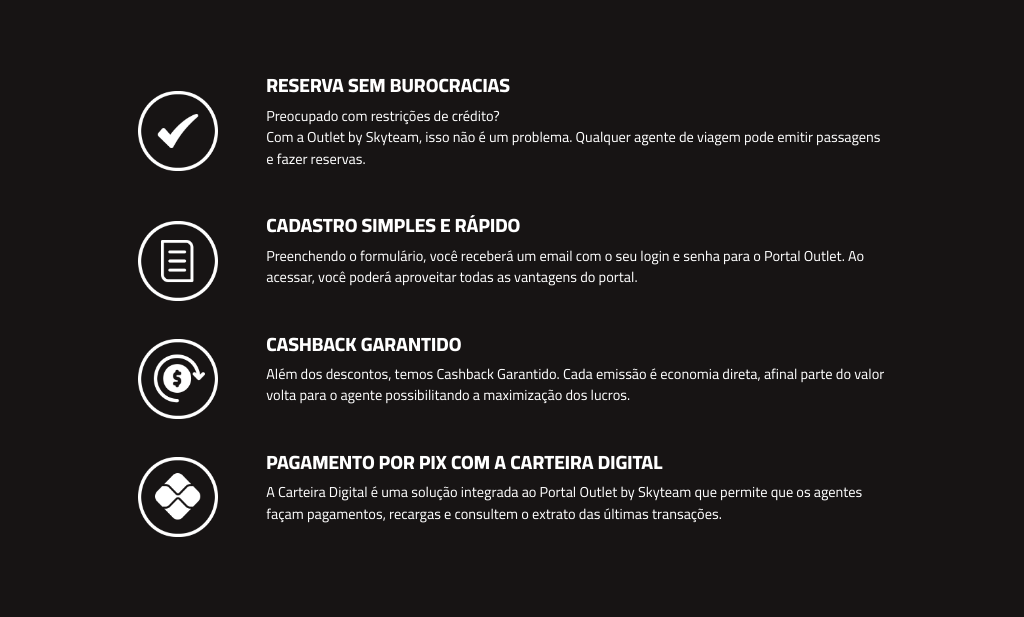
Repository: SkyTeam-Dev/Outlet_Site
Page: Site/index.html
These files come from the project's save history. The page is drawn as it stood at one moment and after the next save; the edit follows.
The browser window is 1024 px wide. The pictures show the part of the page from y = 2498 to 3115 px (the page is 5307 px tall).
A picture or video elsewhere on the page could not be fetched, so the positions and the page height are approximate. Some web libraries are served in a nearby version.

Above is the page before, as saved 2025-03-24 11:28:51.

### Site/index.html
<!DOCTYPE html>
<html lang="pt-br">

<head>
    <title>:: Outlet by Skyteam ::</title>
    <!-- Define uma descrição otimizada para mecanismos de busca (Maximo 160 caracteres mas o recomendado é 50 caracteres) -->
    <meta name="description"
        content="CADASTRO SIMPLES, DESCONTOS E CASHBACK A viagem do seu cliente com as melhores condições Conectamos o agente a descontos imbatíveis Ofereça seus serviços a preços mais atrativos com a Outlet By Skyteam, uma plataforma para reservas de aéreo, hotelaria, seguro-viagem e locação nacional com descontos e cashback, projetada para qualquer agente de viagem" />
    <!-- Define palavras-chave (não tem mais impacto no Google, mas pode ajudar em outros mecanismos) -->
    <meta name="keywords" content="palavra-chave1, palavra-chave2, palavra-chave3">
    <meta charset="utf-8">
    <meta http-equiv="X-UA-Compatible" content="IE=edge">
    <link rel="canonical" href="https://outlet.tur.br/" />
    <link rel='shortlink' href='https://outlet.tur.br/' />

    <!-- Define a indexação pelos mecanismos de busca -->
    <meta name="robots" content="index, follow"> <!-- Para indexar e seguir links -->
    <meta name="googlebot" content="index, follow"> <!-- Específico para o Google -->
    <meta name="bingbot" content="index, follow"> <!-- Específico para o Bing -->

    <!-- GOOGLE JSON-LD para SEO -->
    <script type="application/ld+json">
        {
          "@context": "https://schema.org",
          "@type": "WebSite",
          "name": "Outlet by Skyteam",
          "url": "https://outlet.tur.br",
          "description": "CADASTRO SIMPLES, DESCONTOS E CASHBACK A viagem do seu cliente com as melhores condições Conectamos o agente a descontos imbatíveis Ofereça seus serviços a preços mais atrativos com a Outlet By Skyteam, uma plataforma para reservas de aéreo, hotelaria, seguro-viagem e locação nacional com descontos e cashback, projetada para qualquer agente de viagem.",
          "image": "https://outlet.tur.br/Templates/Default/Imagens/OG_Outlet_Base.jpg",
          "author": {
            "@type": "Person",
            "name": "Outlet"
          },
          "publisher": {
            "@type": "Organization",
            "name": "Outlet by Skyteam",
            "logo": {
              "@type": "ImageObject",
              "url": "https://outlet.tur.br/Templates/Default/Imagens/OG_Outlet_Base.jpg"
            }
          }
        }
        </script>
    <!-- GOOGLE JSON-LD para SEO -->

    <!-- Define o autor do conteúdo -->
    <meta name="author" content="Outlet by Skyteam">

    <!-- Controla como o Google exibe o snippet do site -->
    <meta name="google" content="nosnippet"> <!-- Impede snippets na SERP -->
    <meta name="google" content="max-snippet:-1, max-image-preview:large, max-video-preview:-1">
    <!-- Personaliza como o conteúdo é mostrado -->

    <!-- Diz ao Google para não traduzir a página automaticamente -->
    <meta name="google" content="notranslate">

    <!-- Define a geolocalização para buscas locais -->
    <meta name="DC.title" content="Outlet By SkyTeam" />
    <meta name="geo.region" content="BR-RS" />
    <meta name="geo.placename" content="Porto Alegre" />
    <meta name="geo.position" content="-30.030205;-51.229975" />
    <meta name="ICBM" content="-30.030205, -51.229975" />
    <!-- Criador do conteúdo -->
    <meta name="DC.creator" content="Outlet By SkyTeam">
    <!-- Assunto ou tema do conteúdo -->
    <meta name="DC.subject" content="CADASTRO SIMPLES, DESCONTOS E CASHBACK para qualquer agente de viagem"">
<!-- Descrição do conteúdo -->
<meta name=" DC.description"
        content="CADASTRO SIMPLES, DESCONTOS E CASHBACK A viagem do seu cliente com as melhores condições Conectamos o agente a descontos imbatíveis Ofereça seus serviços a preços mais atrativos com a Outlet By Skyteam, uma plataforma para reservas de aéreo, hotelaria, seguro-viagem e locação nacional com descontos e cashback, projetada para qualquer agente de viagem">

    <!-- Editora ou organização responsável -->
    <meta name="publisher" content="Outlet By SkyTeam">
    <!-- Identificador único (ex: URL, DOI) -->
    <meta name="identifier" content="https://outlet.tur.br">
    <!-- Idioma do conteúdo -->
    <meta name="language" content="pt-BR">

    <!-- Direitos autorais e licenciamento -->
    <meta name="rights" content="© 2025 Outlet By SkyTeam. Todos os direitos reservados.">


    <!-- Definição do protocolo Open Graph BASE -->
    <meta property="og:type" content="website">
    <!-- URL canônica da página -->
    <meta property="og:url" content="https://outlet.tur.br/">
    <!-- Título que aparecerá no compartilhamento -->
    <meta property="og:title" content="Outlet by Skyteam">
    <!-- Descrição curta e chamativa -->
    <meta property="og:description"
        content="CADASTRO SIMPLES, DESCONTOS E CASHBACK A viagem do seu cliente com as melhores condições Conectamos o agente a descontos imbatíveis Ofereça seus serviços a preços mais atrativos com a Outlet By Skyteam, uma plataforma para reservas de aéreo, hotelaria, seguro-viagem e locação nacional com descontos e cashback, projetada para qualquer agente de viagem">
    <!-- Imagem para exibição no compartilhamento -->
    <meta property="og:image" content="https://outlet.tur.br/Templates/Default/Imagens/OG_Outlet_Base.jpg">
    <!-- 1200x630 pixels é o tamanho recomendado pelo Facebook e outras redes sociais -->
    <meta property="og:image:alt" content="Logo da Outlet descrição">
    <!-- Especificações adicionais para a imagem -->
    <meta property="og:image:width" content="1200">
    <meta property="og:image:height" content="630">
    <!-- Nome do site (opcional, mas recomendado) -->
    <meta property="og:site_name" content="Outlet by Skyteam">
    <!-- Idioma da página -->
    <meta property="og:locale" content="pt_BR">
    <!-- Definição do protocolo Open Graph BASE -->

    <!-- Twitter Card -->
    <meta name="twitter:card" content="summary_large_image">
    <meta name="twitter:title" content="Outlet by Skyteam">
    <meta name="twitter:description"
        content="CADASTRO SIMPLES, DESCONTOS E CASHBACK A viagem do seu cliente com as melhores condições Conectamos o agente a descontos imbatíveis Ofereça seus serviços a preços mais atrativos com a Outlet By Skyteam, uma plataforma para reservas de aéreo, hotelaria, seguro-viagem e locação nacional com descontos e cashback, projetada para qualquer agente de viagem">
    <meta name="twitter:image" content="https://outlet.tur.br/Templates/Default/Imagens/OG_Outlet_Base.jpg">
    <!-- Twitter Card -->



    <meta name="viewport" content="width=device-width, initial-scale=1, shrink-to-fit=no">

    <link rel='preconnect' href='//fonts.googleapis.com' />
    <link rel="preconnect" href="//fonts.gstatic.com" crossorigin>
    <link rel='preconnect' href='//jsdelivr.net' />
    <link rel='preconnect' href='//cdn.jsdelivr.net' />
    <link rel='preconnect' href='//code.jquery.com' />



    <!-- CSS -->
    <link rel="stylesheet" href="https://cdn.jsdelivr.net/npm/@fortawesome/fontawesome-free@6.7.2/css/fontawesome.min.css">
    <link rel="stylesheet" href="https://cdn.jsdelivr.net/npm/bootstrap@4.6.0/dist/css/bootstrap.css">
    <link rel="stylesheet" href="Templates/Default/CSS/bootstrap.css">
    <link rel="stylesheet" href="Templates/Default/CSS/Site.css">
    <!-- CSS -->

    <!-- Favicon -->


    <!-- Favicon e Theme Color-->
    <link rel="icon" type="image/png" href="Templates/Default/Imagens/Favicons/favicon-96x96.png" sizes="96x96" />
    <link rel="icon" type="image/svg+xml" href="Templates/Default/Imagens/Favicons/favicon.svg" />
    <link rel="shortcut icon" href="Templates/Default/Imagens/Favicons/favicon.ico" />
    <link rel="icon" href="Templates/Default/Imagens/Favicons/favicon.ico" type="image/x-icon">
    <link rel="apple-touch-icon" sizes="180x180" href="Templates/Default/Imagens/Favicons/apple-touch-icon.png" />
    <link rel="manifest" href="Templates/Default/Imagens/Favicons/site.webmanifest" />
    <link rel="apple-touch-icon" href="Templates/Default/Imagens/Favicons/favicon-96x96.png">
    <meta name="msapplication-TileImage" content="Templates/Default/Imagens/Favicons/favicon-96x96.png">
    <meta name="theme-color" content="#aa0000">
    <meta name="apple-mobile-web-app-capable" content="yes">
    <meta name="apple-mobile-web-app-status-bar-style" content="black-translucent">
    <meta name="msapplication-TileColor" content="#aa0000">
    <!-- Favicon -->


    <!-- Rastreamento e Comunicação -->

    <!-- Rastreamento e Comunicação -->
</head>

<body>

    <div class="container-fluid p-0" id="Site">

        <div class="row bg-dark">

            <section class="hero" id="Cabecalho-Superior">
                <div class="container-fluid justify-content-center">
                    <!-- =========================== CABEÇALHO (NAVBAR) ============================ -->

                    <header class="p-0">
                        <nav class="col-lg-12 navbar navbar-expand-lg navbar-dark mt-5">
                            <div class="container">
                                <!-- Logo / Marca -->
                                <a class="navbar-brand" href="#">
                                    <!-- Pode inserir um logo ou texto -->
                                    <img src="Templates/Default/Imagens/LOGO1.png" class='img-fluid ml-3' alt="Logo"
                                        style="height: 60px;">
                                    <!-- Ou usar apenas texto:
                          <span>Outlet</span>
                          -->
                                </a>

                                <!-- Botão para exibir/ocultar menu no mobile -->
                                <button class="navbar-toggler bg-primary text-white" type="button" data-toggle="collapse"
                                    data-target="#navbarNav" aria-controls="navbarNav" aria-expanded="false"
                                    aria-label="Toggle navigation">
                                    <span class="navbar-toggler-icon"></span>
                                </button>

                                <!-- Itens de navegação -->
                                <div class="collapse navbar-collapse" id="navbarNav">
                                    <ul class="navbar-nav ml-auto">
                                        <!-- Ajuste as rotas conforme necessidade -->
                                        <li class="nav-item btn font-weight-bold">
                                            <a class="nav-link text-white" href="#">Home</a>
                                        </li>
                                        <li class="nav-item btn font-weight-bold">
                                            <a class="nav-link text-white" href="#">Cadastro</a>
                                        </li>
                                        <li class="nav-item btn font-weight-bold">
                                            <a class="nav-link text-white" href="#">Dúvidas</a>
                                        </li>
                                        <li class="nav-item btn btn-primary text-white font-weight-bold shadow-lg">
                                            <a class="nav-link text-white" href="#">Portal Outlet</a>
                                        </li>
                                    </ul>
                                </div>
                            </div>
                        </nav>
                    </header>

                    <div class="row justify-content-center">

                        <div class="col-md-10 hero-content ">
                            <!-- Título principal -->
                            <h1 class="font-weight-light text-uppercase">Cadastro simples,</h1>
                            <h1 class="font-weight-bold text-uppercase">descontos intuitivos e Cashback</h1>
                            <!-- Texto de apoio -->
                            <h3>
                                A viagem do seu cliente com as melhores condições
                            </h3>
                            <!-- Botão de ação (CTA) -->
                            <a href="#" class="mt-5 btn btn-lg btn-primary btn-lg shadow-lg">Começar Agora</a>
                        </div>
                        <div class="col-md-2 hero-content ">
                        </div>

                    </div>
                </div>
            </section>


        </div>


        <div class="container-fluid p-0 m-0">

            <div class="row bg-white mb-5 justify-content-center align-items-center">
                <div id="Servicos" class="col-12 p-5">
                    <div class="row justify-content-center">

                        <div class="col-xl-8 col-lg-8 col-md-12 col-sm-12 mt-5">
                            <h1 class="mt-5 font-weight-bold text-center">Conectamos o agente a descontos imbatíveis
                            </h1>
                            <br />
                            <p class="text-center mb-5">
                                Ofereça seus serviços a preços mais atrativos com a Outlet By Skyteam, uma plataforma
                                para
                                reservas de aéreo, hotelaria, seguro-viagem e locação nacional com descontos e cashback,
                                projetada para qualquer agente de viagem, independentemente de restrições de crédito.
                            </p>

                        </div>

                    </div>

                    <div class="row mt-5 justify-content-center">
                        <div class="col-xl-4 col-lg-4 col-md-6 col-sm-12 mb-4">
                            <div class="custom-card">
                                <img src="Templates/Default/Imagens/Aereo_Nacional.jpg" alt="Aéreo Nacional">
                                <span class="card-text">Aéreo Nacional</span>
                            </div>
                        </div>

                        <div class="col-xl-4 col-lg-4 col-md-6 col-sm-12 mb-4">
                            <div class="custom-card">
                                <img src="Templates/Default/Imagens/Hotel_Nacional.jpg" alt="Hotelaria Nacional">
                                <span class="card-text">Hotelaria Nacional</span>
                            </div>
                        </div>
                    </div>
                    <div class="row justify-content-center">
                        <div class="col-xl-4 col-lg-4 col-md-6 col-sm-12 mb-5">
                            <div class="custom-card">
                                <img src="Templates/Default/Imagens/Seguro_Viagem.jpg" alt="Seguro Viagem">
                                <span class="card-text">Seguro Viagem</span>
                            </div>
                        </div>
                        <div class="col-xl-4 col-lg-4 col-md-6 col-sm-12 mb-5">
                            <div class="custom-card">
                                <img src="Templates/Default/Imagens/Locacao_Carros.jpg" alt="Locação de Carros">
                                <span class="card-text">Locação de Carros</span>
                            </div>
                        </div>
                    </div>


                </div>
            </div>

            <div id="Analise_Credito" class="row bg-white">

                <div class="container-fluid p-0">
                    <div class="row">
                        <div class="cadastro-section bg-primary col-md-12">
                            <!-- Coluna Vermelha (Texto) -->
                            <div class="col-md-6 col-sm-12 p-0">
                                <div class="p-5 cadastro-texto">
                                    <h1>CADASTRO SIMPLES,</h1>
                                    <h1 class="font-weight-bold">SEM ANÁLISE DE CRÉDITO</h1>
                                    <p>Suas emissões sem restrições</p>
                                    <a href="#" class="btn btn-lg btn-dark shadow-lg">Quero me cadastrar</a>
                                </div>
                            </div>

                            <!-- Coluna Imagem -->
                            <div class="col-md-6 col-sm-12 p-0 cadastro-imagem">
                                <img src="Templates/Default/Imagens/Cadastro_Simples_P.png" class="img-fluid">
                            </div>
                        </div>
                    </div>
                </div>



            </div>

            <div id="CheckList" class="row bg-gray-site text-white">
                <div class="benefits-container">
                    <div class="benefit-item">
                        <img src="Templates/Default/Imagens/Reservas.png" alt="Ícone de check" class="benefit-icon">
                        <div class="benefit-text">
                            <h3>RESERVA SEM BUROCRACIAS</h3>
                            <p>Preocupado com restrições de crédito?<br>
                                Com a Outlet by Skyteam, isso não é um problema. Qualquer agente de viagem pode emitir
                                passagens e fazer reservas.</p>
                        </div>
                    </div>

                    <div class="benefit-item">
                        <img src="Templates/Default/Imagens/Cadastro.png" alt="Ícone de formulário"
                            class="benefit-icon">
                        <div class="benefit-text">
                            <h3>CADASTRO SIMPLES E RÁPIDO</h3>
                            <p>Preenchendo o formulário, você receberá um email com o seu login e senha para o Portal
                                Outlet. Ao acessar, você poderá aproveitar todas as vantagens do portal.</p>
                        </div>
                    </div>

                    <div class="benefit-item">
                        <img src="Templates/Default/Imagens/CashBack.png" alt="Ícone de cashback" class="benefit-icon">
                        <div class="benefit-text">
                            <h3>CASHBACK GARANTIDO</h3>
                            <p>Além dos descontos, temos Cashback Garantido. Cada emissão é economia direta, afinal
                                parte do valor volta para o agente possibilitando a maximização dos lucros.</p>
                        </div>
                    </div>

                    <div class="benefit-item">
                        <img src="Templates/Default/Imagens/Pagamento_PIX.png" alt="Ícone de carteira digital"
                            class="benefit-icon">
                        <div class="benefit-text">
                            <h3>PAGAMENTO POR PIX COM A CARTEIRA DIGITAL</h3>
                            <p>A Carteira Digital é uma solução integrada ao Portal Outlet by Skyteam que permite que os
                                agentes façam pagamentos, recargas e consultem o extrato das últimas transações.</p>
                        </div>
                    </div>
                </div>
            </div>

            <div class="container-fluid p-0">
                <div id="Pague_por_Pix" class="row no-gutters p-0">
                    <!-- Coluna com a imagem -->
                    <div class="col-md-5 col-sm-12 p-0">
                        <img src="Templates/Default/Imagens/Pague_Pix.png" class="hover-effect-image img-fluid">
                    </div>

                    <!-- Coluna com o texto e botão -->
                    <div
                        class="col-md-7 col-sm-12 bg-primary text-white d-flex flex-column justify-content-center align-items-start p-5">
                        <h1>PAGUE POR PIX</h1>
                        <h1 class="font-weight-bold">COM A CARTEIRA DIGITAL</h1>
                        <p class="text-small">Emissões com pagamento à vista</p>
                        <button type="button" class="btn btn-lg btn-dark mt-4 shadow-lg">Começar agora</button>
                    </div>
                </div>
            </div>

            <div class="container-fluid p-0">
                <div class="row justify-content-center bg-white mb-5 text-center p-5">
                    <!-- Remova o col-12 e col-6 aninhados e use uma única coluna -->
                    <div class="col-10 col-sm-12 col-md-8 col-lg-6">
                        <h1 class="mt-5 font-weight-bold">
                            Maior rentabilidade para o seu negócio
                        </h1>
                        <p class="">
                            O Outlet by Skyteam maximiza a rentabilidade das agências de viagem oferecendo produtos com
                            tarifas
                            mais baixas. Com acesso a cashback e facilidade de reserva, sua agência aumenta as margens
                            de
                            lucro
                            e amplia a base de clientes.
                        </p>
                        <a href="" class="btn btn-lg btn-primary mt-4 shadow-lg">Começar agora</a>
                    </div>
                </div>
            </div>

            <div class="container-fluid p-0">
                <div class="row no-gutters p-0">
                    <!-- Coluna com a imagem -->
                    <div class="col-12 bg-image-cashback">
                        <img src="Templates/Default/Imagens/CashBack_Garantido.png" alt="Casal viajando"
                            class="img-fluid">

                        <!-- Camada de sobreposição para o texto -->
                        <div
                            class="overlay-cashback text-white d-flex flex-column justify-content-center align-items-start p-5">
                            <h1 class="ml-5">CASHBACK</h1>
                            <h1 class="font-weight-bold ml-5">GARANTIDO</h1>
                            <p class="ml-5">Economize em cada emissão de aéreo e terrestre</p>
                        </div>
                    </div>
                </div>
            </div>

            <div class="container-fluid p-0">
                <div class="row no-gutters">
                    <!-- Coluna com a imagem -->
                    <div class="col-md-6 col-sm-12 p-0">
                        <img src="Templates/Default/Imagens/SAC.png" class="img-fluid img-sac">
                    </div>

                    <!-- Coluna com o texto e informações de SAC -->
                    <div class="col-md-6 col-sm-12 bg-primary d-flex flex-column justify-content-center align-items-start p-5">
                        <div class="p-5">
                            <h1 class="text-white font-weight-bold">SAC</h1>
                            <p class="text-white mb-4 ">
                                Em caso de dúvidas com cadastro, reemissões ou alterações:
                            </p>
                            <p class="text-white mb-4">
                                (11) 5197-2996<br>
                                outlet@outletbyskyteam.com.br
                            </p>
                            <a href="#" class="btn btn-lg btn-dark shadow-lg">Dúvidas? Acesse aqui</a>
                        </div>
                    </div>
                </div>
            </div>

            <!-- Rodapé -->
    <footer class="bg-dark text-light py-3">
        <div class="container">
            <div class="row">
                <!-- Coluna com o copyright -->
                <div class="col-md-6 col-sm-12 mt-5 text-center">
                    <p>Copyright 2025 – Todos os direitos reservados a Skyteam Consolidadora</p>
                    <p>Outlet by Skyteam 00.000.000/0000-00</p>
                </div>

                <!-- Coluna com ícones de redes sociais -->
                <div class="col-md-6 col-sm-12 text-center mt-5">

                    <a href="#" class="mr-2 btn btn-lg btn-light rounded-circle shadow-sm">
                        <i class="fa-solid fa-envelope mt-1"></i>
                    </a>

                    <a href="#" class="mr-2 btn btn-lg btn-light rounded-circle shadow-sm">
                        <i class="fa-brands fa-instagram mt-1"></i>
                    </a>

                    <a href="#" class="mr-2 btn btn-lg btn-light rounded-circle shadow-sm">
                        <i class="fa-brands fa-linkedin-in mt-1"></i>
                    </a>


                </div>
            </div>
        </div>
    </footer>

        </div>
    </div>

    <!-- Scripts Base -->
    <script src="https://code.jquery.com/jquery-3.2.1.slim.min.js"
        integrity="sha384-KJ3o2DKtIkvYIK3UENzmM7KCkRr/rE9/Qpg6aAZGJwFDMVNA/GpGFF93hXpG5KkN"
        crossorigin="anonymous"></script>
    <script src="https://cdn.jsdelivr.net/npm/popper.js@1.12.9/dist/umd/popper.min.js"
        integrity="sha384-ApNbgh9B+Y1QKtv3Rn7W3mgPxhU9K/ScQsAP7hUibX39j7fakFPskvXusvfa0b4Q"
        crossorigin="anonymous"></script>
    <script src="https://cdn.jsdelivr.net/npm/bootstrap@4.0.0/dist/js/bootstrap.min.js"
        integrity="sha384-JZR6Spejh4U02d8jOt6vLEHfe/JQGiRRSQQxSfFWpi1MquVdAyjUar5+76PVCmYl"
        crossorigin="anonymous"></script>
    <script src="https://cdn.jsdelivr.net/npm/@fortawesome/fontawesome-free@6.7.2/js/all.min.js"></script>
    <script src="https://cdn.jsdelivr.net/npm/jquery-match-height@0.7.2/dist/jquery.matchHeight.min.js"></script>
    <!-- Scripts Base -->




    <!-- Rastreamento e Comunicação -->

    <!-- Rastreamento e Comunicação -->

</body>

</html>

### Site/Templates/Default/CSS/Responsive.css
/* Para telas com largura de 400px ou menos */
@media screen and (max-width: 400px) {
  .benefits-container {
    max-width: 95% !important;
  }
}

/* Para telas com largura de 600px ou menos */
@media screen and (max-width: 600px) {
  .benefit-item {
    flex-direction: column;
    text-align: center;
  }
  .benefit-icon {
    width: 40px;
    height: 40px;
    margin-bottom: 2em;
  }

  .benefits-container {
    max-width: 90% !important;
  }

  .cadastro-texto {
    margin-left: 1%;
  }

  .cadastro-section {
    display: block !important;
  }

  .hero {
    padding: 2em;
  }
}

/* Para telas com largura de 900px ou menos */
@media screen and (max-width: 900px) {
  .benefits-container {
    max-width: 100% !important;
  }

  .hero {
    padding: 80px;
  }
}

/* Para telas com largura de 1024px ou menos */
@media screen and (max-width: 1024px) {
  .hero {
    padding: 2em;
  }

  .benefits-container {
    max-width: 90% !important;
  }
}

/* Para telas com largura de 1200px ou menos */
@media screen and (max-width: 1200px) {

}

Loaded but not shown: Site/Templates/Default/CSS/bootstrap.css (library); Site/Templates/Default/CSS/Site.css (243 lines, source omitted); Site/Templates/Default/WebFonts/WebFont.css (103 lines, source omitted)

After the next save:
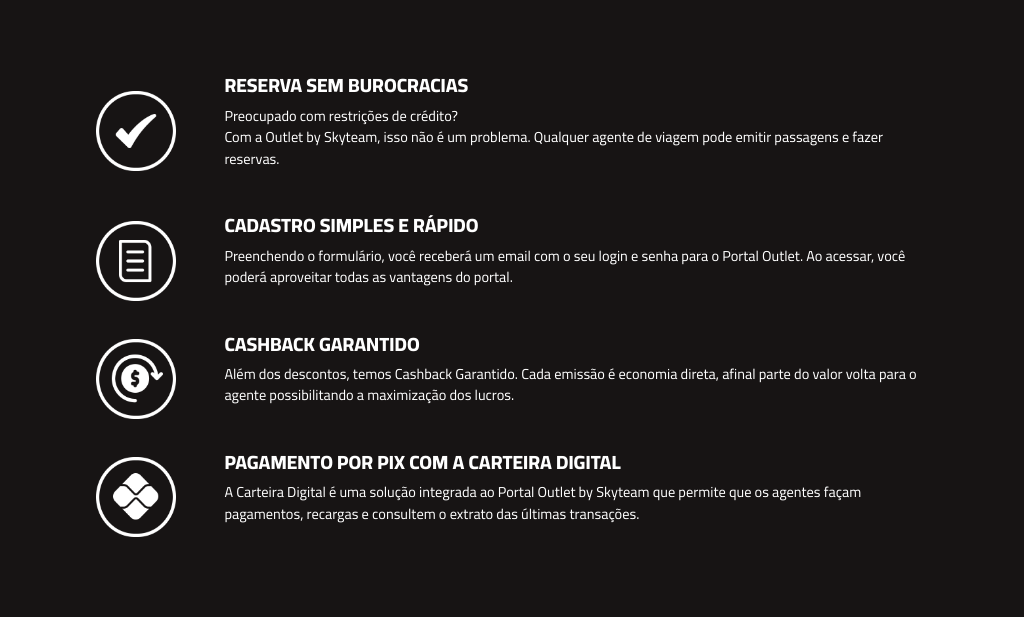
Saved 21 s later.
--- a/Site/Templates/Default/CSS/Responsive.css
+++ b/Site/Templates/Default/CSS/Responsive.css
@@ -52,7 +52,7 @@
   }
 
   .benefits-container {
-    max-width: 90% !important;
+    max-width: 98% !important;
   }
 }
 
